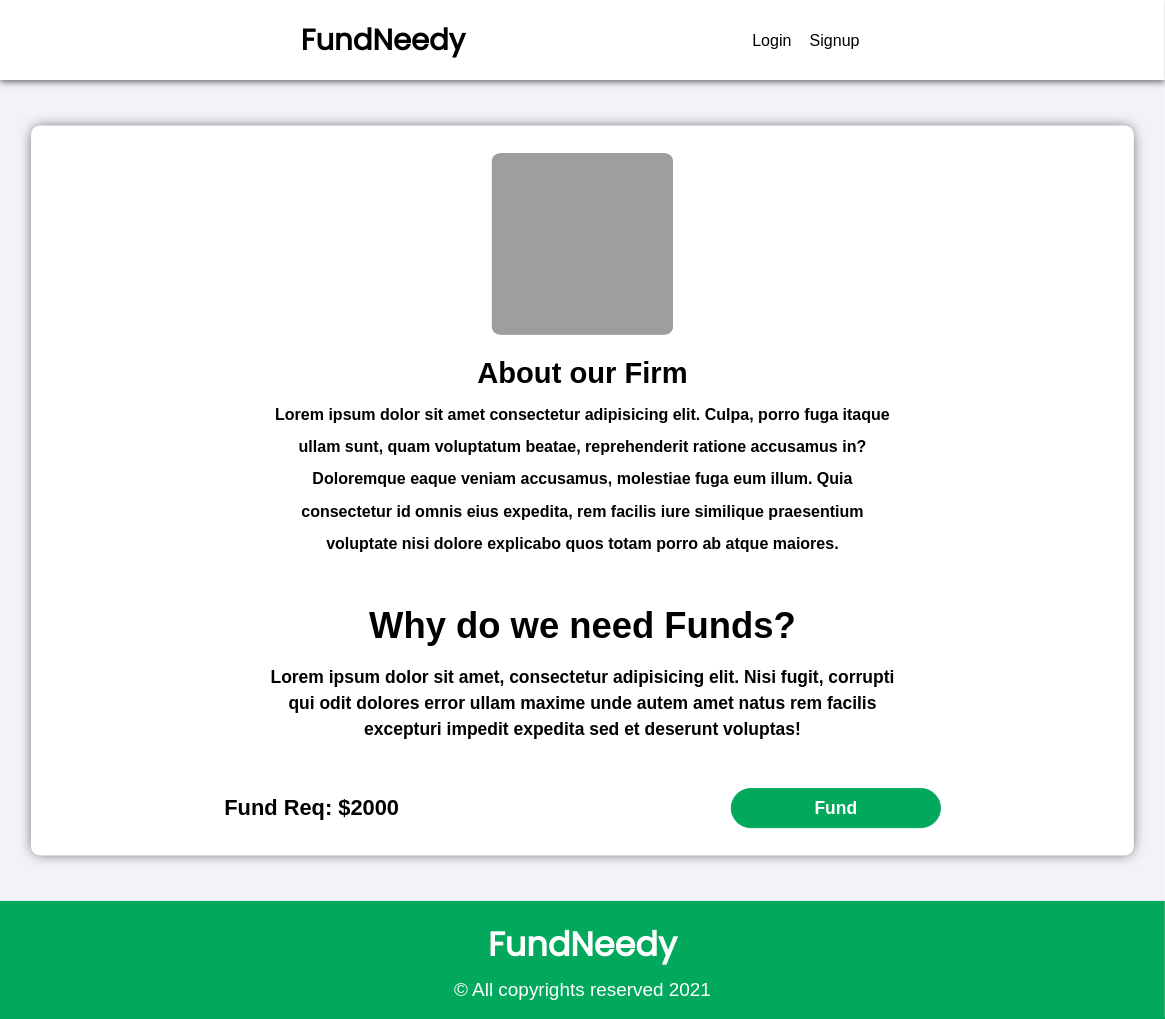
Repository: osdc/codejam
Page: /firmname (app in sassy-sandwiches/fund-needy/)
An editor plug-in stored every save of this project. The page is shown before and after the next save, followed by the edit.
The browser window is 1280 px wide. The pictures show the whole page, at 91% of full size.
Pictures or frames that could not be fetched are drawn as grey boxes. The project was rebuilt for these pictures with package versions that can differ from the ones it lists, and the page was loaded fresh each time. Also part of the build but not shown: sassy-sandwiches/fund-needy/src/Showcase.css, sassy-sandwiches/fund-needy/src/Showcase.js, sassy-sandwiches/fund-needy/src/Needies.css, sassy-sandwiches/fund-needy/src/Needy.css, sassy-sandwiches/fund-needy/src/Needy.js, sassy-sandwiches/fund-needy/src/Needies.js.

Above is the page before, as saved 2021-01-09 22:26:39.

After the next save:
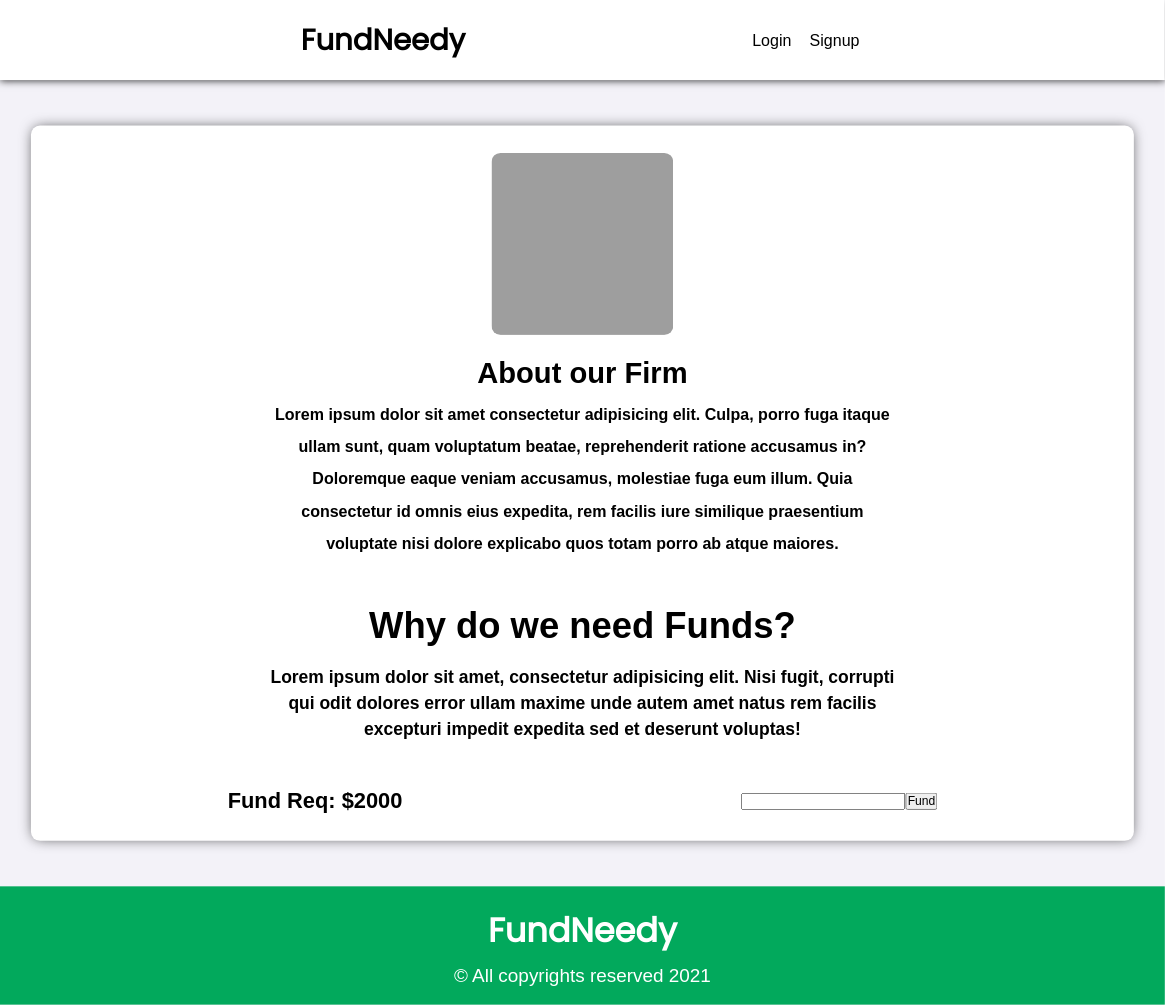
Saved 112 s later.
--- a/sassy-sandwiches/fund-needy/src/FirmFund.js
+++ b/sassy-sandwiches/fund-needy/src/FirmFund.js
@@ -31,7 +31,10 @@ function FirmFund() {
       </div>
       <div className="firmFund_fund">
         <h2>Fund Req: $2000</h2>
-        <button>Fund</button>
+        <form action="">
+          <input type="text" />
+          <button>Fund</button>
+        </form>
       </div>
     </div>
   );
